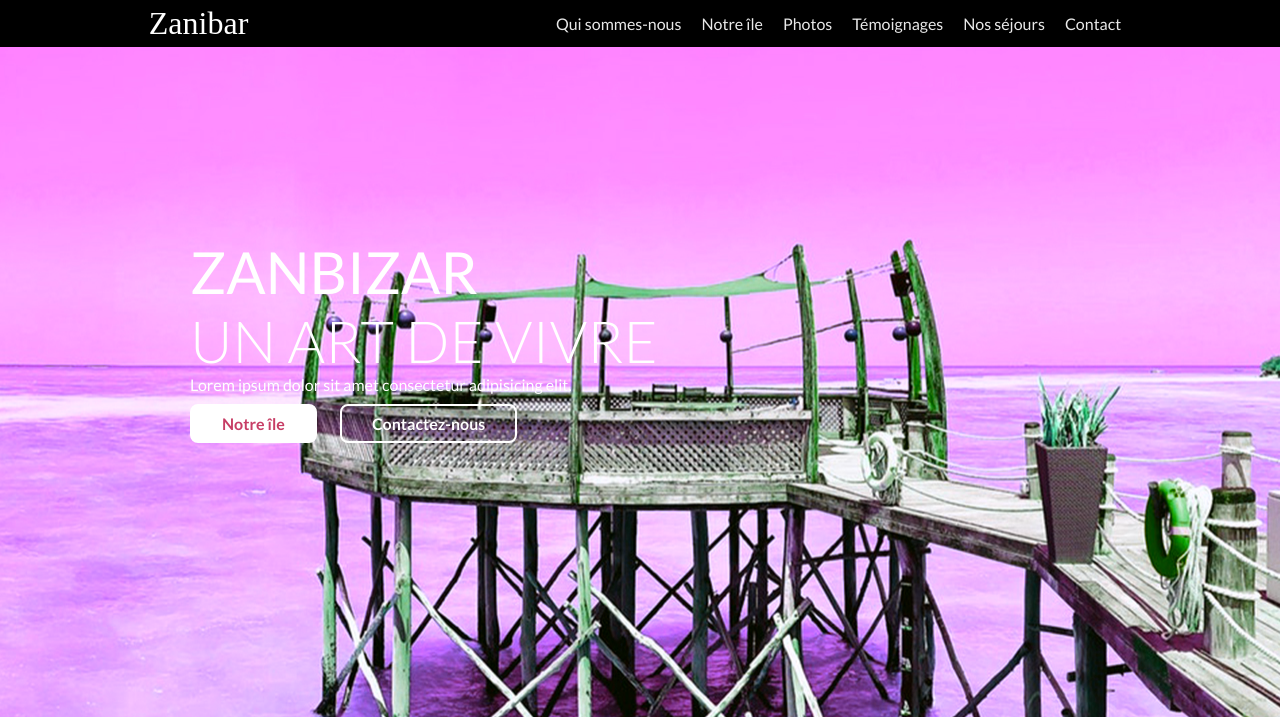
Repository: ypiard85/zanzibar
Page: index.html
An editor plug-in stored every save of this project. The page is shown before and after a run of saves, followed by the edit.
The browser window is 1280 px wide. The pictures show the whole page.
Some web fonts or font styles are not loaded; a fallback is used.

Above is the page before, as saved 2021-02-23 15:24:37.

### index.html
<!DOCTYPE html>
<html lang="en">
<head>
    <meta charset="UTF-8">
    <meta http-equiv="X-UA-Compatible" content="IE=edge">
    <meta name="viewport" content="width=device-width, initial-scale=1.0">
    <link rel="stylesheet" href="font/font.css">
    <link rel="stylesheet" href="./style.css">
    <link href="https://fonts.googleapis.com/css?family=Lato:300,400,700" rel="stylesheet">
    <link href="https://fonts.googleapis.com/css?family=Sanchez" rel="stylesheet">
    <title>Document</title>
</head>
<body>
    <div class="wrapper">
        <header role="header">
            <nav class="nav">
                <div class="nav_left">
                    <a href="">
                        Zanibar
                    </a>
                </div>
                <ul class="nav_link">
                    <li><a href="">Qui sommes-nous</a></li>
                    <li><a href="">Notre île</a></li>
                    <li><a href="">Photos</a></li>
                    <li><a href="">Témoignages</a></li>
                    <li><a href="">Nos séjours</a></li>
                    <li><a href="">Contact</a></li>
                </ul>
            </nav>
        </header>
        <section class="image_thumbnail">
            <div class="content_thumbnail">
                <p class="titlte_first">ZANBIZAR</p>
                <p class="title_second">UN ART DE VIVRE</p>
                <p>Lorem ipsum dolor sit amet consectetur adipisicing elit.</p>
                <a href="" class="btn_plein">Notre île</a>
                <a href="" class="btn_empty">Contactez-nous</a>
            </div>
        </section>
    </div>
</body>
</html>

### font/font.css
/*! Generated by Font Squirrel (https://www.fontsquirrel.com) on June 4, 2019 */



@font-face {
    font-family: 'warnesregular';
    src: url('warnes-regular-webfont.eot');
    src: url('warnes-regular-webfont.eot?#iefix') format('embedded-opentype'),
         url('warnes-regular-webfont.woff2') format('woff2'),
         url('warnes-regular-webfont.woff') format('woff'),
         url('warnes-regular-webfont.ttf') format('truetype'),
         url('warnes-regular-webfont.svg#warnesregular') format('svg');
    font-weight: normal;
    font-style: normal;

}

### style.css
:root{
    --font-family-title: "warnesregular";
    --guillemet-citation: "Sanchez", serif;
}

*{
    margin: 0;
    padding: 0;
    box-sizing: content-box;
    list-style: none;
    text-decoration: none;
}

html {
    background-color: #fff;
    font-family: "Lato", "Arial", sans-serif;
}


.nav{
    background: black;
    display: flex;
    justify-content: space-around;
    align-items: center;
    padding: 5px 0;
}

.nav *{
    color: #fff;
}

.nav_left a{
    font-family: var(--font-family-title);
    font-size: 32px;
}

.nav_link{
    display: flex;
}

.nav_link li a{
    color: rgb(233, 233, 233);
    margin: 0 10px;

}

.image_thumbnail{
    background-image: url('./header.jpg');
    background-repeat: no-repeat;
    background-position: center right;
    height: 93vh;

    filter: hue-rotate(10deg);
-webkit-filter: hue-rotate(90deg);
-moz-filter: hue-rotate(90deg);
}

.content_thumbnail{
    padding: 190px;
    color: #fff;
}

.content_thumbnail .titlte_first{
    font-size: 58px;
}

.content_thumbnail .title_second{
    font-size: 58px;
    font-weight: 100;
}

.content_thumbnail > a{
    display: inline-block;
    margin-top: 10px;
    padding: 8px 30px;
    border-radius: 8px;
    border: 2px solid #fff;
    margin-right: 20px;
    font-weight: 600;
}

.btn_plein{
    background-color: white;
    color: rgb(85, 85, 199);
}

.btn_empty{
    background-color: transparent;
    color: #fff;
}

After the next 5 saves:
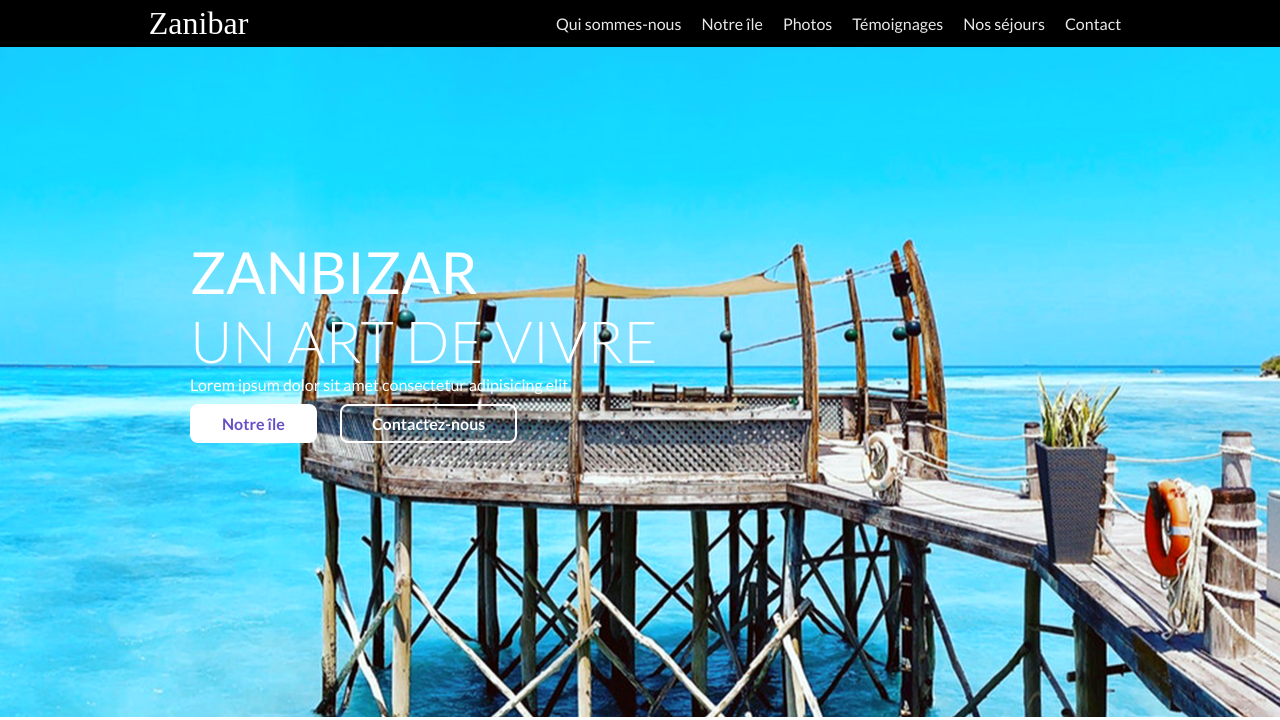
The 5 saves are shown as one change because they came seconds apart.
The last was saved 15 s later.
--- a/style.css
+++ b/style.css
@@ -51,8 +51,8 @@ html {
     height: 93vh;
 
     filter: hue-rotate(10deg);
--webkit-filter: hue-rotate(90deg);
--moz-filter: hue-rotate(90deg);
+-webkit-filter: hue-rotate(10deg);
+-moz-filter: hue-rotate(10deg);
 }
 
 .content_thumbnail{
